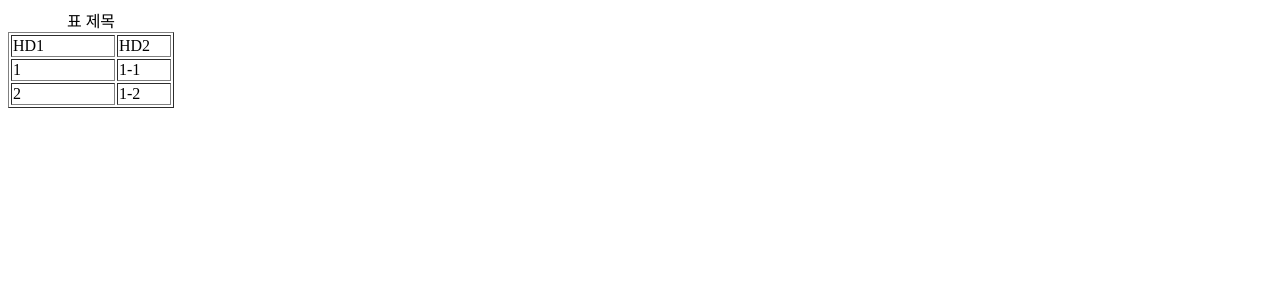
Repository: o-ddong/JSP
Page: ch1_html/WebContent/hello.html
An editor plug-in stored every save of this project. The page is shown before and after the next save, followed by the edit.
The browser window is 1280 px wide. The pictures show the whole page.

Above is the page before, as saved 2021-03-03 05:21:11.

### ch1_html/WebContent/hello.html
<!DOCTYPE html>
<html>
<head>
<meta charset="EUC-KR">
<title>Insert title here</title>
<style type = "text/css">
	.style0{border:solid}
	.style1{font-family:궁서체 ; color:red; font-size:25px; width:100px}
	.style2{font-family:italic; color:blur; font-size:18px; width:50px}
	.style3{background-color:yellow;}
</style>
</head>
<body>

<table>
<table border = "1">
<caption> 표 제목</caption>
<tr width=150px><td width=100px> HD1 </td> <td width=50px> HD2 </td> </tr>
<tr width=1px><td width=1px> 1 </td> <td> 1-1 </td> </tr>
<tr><td> 2 </td> <td> 1-2 </td> </tr>
</table>

</body>
</html>

After the next save:
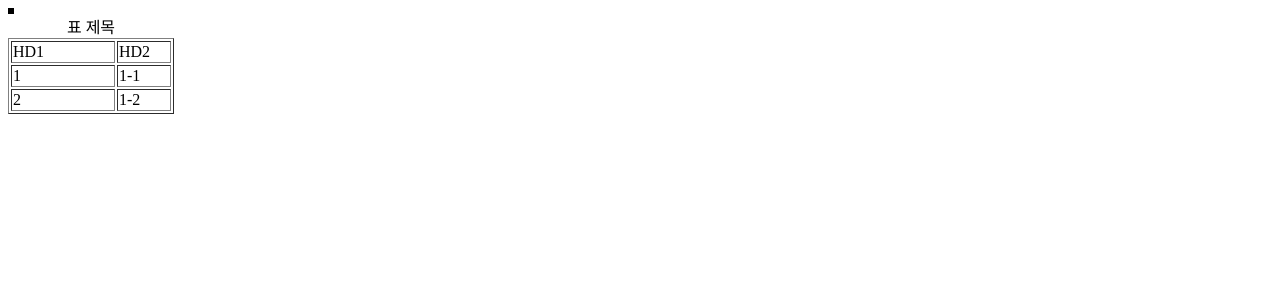
Saved 16 s later.
--- a/ch1_html/WebContent/hello.html
+++ b/ch1_html/WebContent/hello.html
@@ -12,7 +12,7 @@
 </head>
 <body>
 
-<table>
+<table class = "style0">
 <table border = "1">
 <caption> 표 제목</caption>
 <tr width=150px><td width=100px> HD1 </td> <td width=50px> HD2 </td> </tr>
